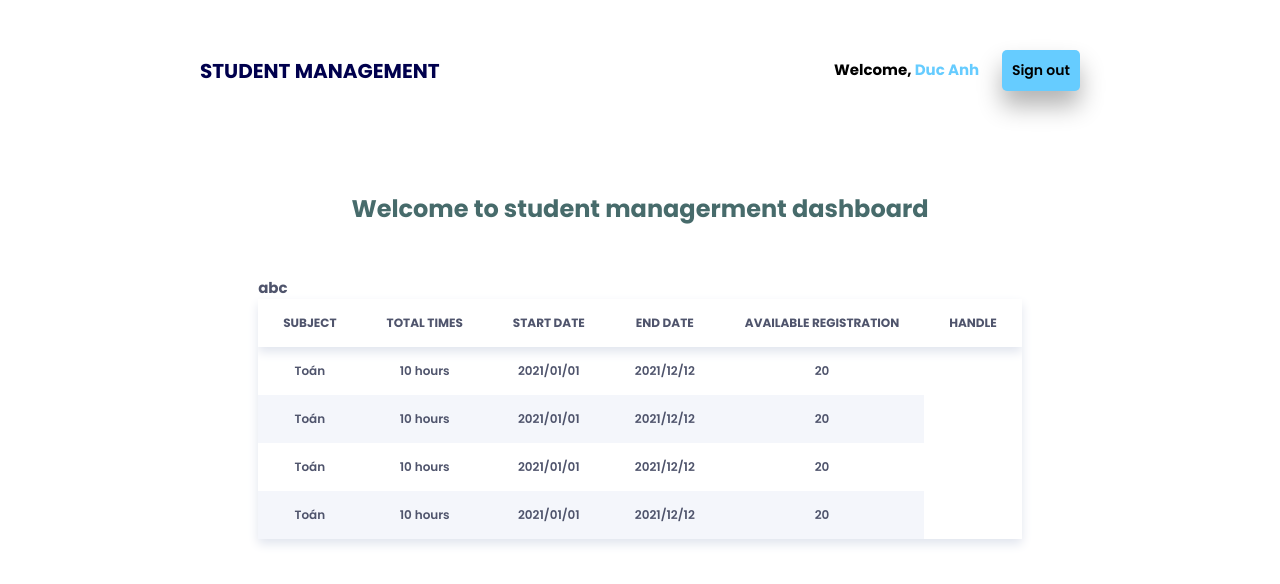
Repository: lenhandat/studentManagement
Page: front-end/fontpart3/Student_Management/user/homeUser.html
The author's editor kept a copy of each file at every save. The page is drawn from the files as they stood at one save, then again after the next save.
The browser window is 1280 px wide. The pictures show the whole page.
Some icons come from a web library that is not loaded, so they are not drawn.

Above is the page before, as saved 2021-08-27 23:55:10.

### front-end/fontpart3/Student_Management/user/homeUser.html
<!DOCTYPE html>
<html lang="en">
<head>
    <meta charset="UTF-8">
    <meta http-equiv="X-UA-Compatible" content="IE=edge">
    <meta name="viewport" content="width=device-width, initial-scale=1.0">
    <link rel="preconnect" href="https://fonts.googleapis.com">
    <link rel="preconnect" href="https://fonts.gstatic.com" crossorigin>
    <link href="https://fonts.googleapis.com/css2?family=Poppins:wght@300;400;500;600;700&display=swap" rel="stylesheet">
    <link rel="stylesheet" href="../assets/css/reset.css">
    <link rel="stylesheet" href="../assets/css/homeUser.css">
    <title>Home</title>
</head>
<body>
    <header class="header">
        <h1 class="header__title">Student Management</h1>
        <div class="header__right">
            <h2 class="header__text">Welcome, <a href="#">Duc Anh</a></h2>
            <a href="#" class="header__right--element header__register">
                Sign out
                <i class="fas fa-sign-out-alt"></i>
            </a>
        </div>
    </header>
    <main>
        <h1 class = "title">Welcome to student managerment dashboard</h1>
        <section class="table__student">
            <div class="side-bar-tab">
                <h1>abc</h1>
            </div>
            <table class="table__content">
                <thead>
                    <tr>
                        <th>Subject</th>
                        <th>Total Times</th>
                        <th>Start Date</th>
                        <th>End Date</th>
                        <th>Available Registration</th>
                        <th>Handle</th>
                    </tr>
                </thead>
                <tbody>
                    <tr>
                        <td>Toán</td>
                        <td>10 hours</td>
                        <td>2021/01/01</td>
                        <td>2021/12/12</td>
                        <td>20</td>
                    </tr>
                    <tr>
                        <td>Toán</td>
                        <td>10 hours</td>
                        <td>2021/01/01</td>
                        <td>2021/12/12</td>
                        <td>20</td>
                    </tr>
                    <tr>
                        <td>Toán</td>
                        <td>10 hours</td>
                        <td>2021/01/01</td>
                        <td>2021/12/12</td>
                        <td>20</td>
                    </tr>
                    <tr>
                        <td>Toán</td>
                        <td>10 hours</td>
                        <td>2021/01/01</td>
                        <td>2021/12/12</td>
                        <td>20</td>
                    </tr>
                </tbody>
            </table>
        </section>
    </main>
    <script src="../assets/fontAwesome/all.min.js"></script>
</body>
</html>

### front-end/fontpart3/Student_Management/assets/css/reset.css
*{
    margin: 0;
    padding: 0;
    box-sizing: border-box;
}

html{
    font-size: 62.5%;
    font-family: 'Poppins', sans-serif;
}

### front-end/fontpart3/Student_Management/assets/css/homeUser.css
.header{
    padding: 5rem 20rem;
    display: flex;
    flex-direction: row;
    align-items: center;
    justify-content: space-between;
}

.header__title{
    font-size: 2rem;
    text-transform: uppercase;
    color: #00004d;
}

.header__text{
    display: inline-block;
    margin-right: 2rem;
}

.header__text a{
    color: #66ccff;
    text-decoration: none;
}

.header__right--element{
    display: inline-block;
    padding: 1rem;
    color: #000;
    text-decoration: none;
    font-size: 1.4rem;
    font-weight: 600;
    background-color: #66ccff;
    border-radius: 5px;
    box-shadow: 0 1.5rem 2.5rem rgba(0,0,0, 0.3);
    transition: all .2s;
}

.header__right--element:not(:last-child) {
    margin-right: 2rem;
}

.header__right--element:hover{
    transform: translateY(-2px);
    background-color: #2b70f2;
    color: #fff;
}
.header__right--element:active{
    transform: translateY(0);
    box-shadow: 0 1rem 2rem rgba(0,0,0, 0.2);
}

.table__student{
    margin-top: 5rem;
    display: grid;
    justify-content: center;
    align-items: center;
    color: #4f546c;
    /* background-color: #f4f6fb; */

}


.title{
    padding-top: 5rem;
    text-align: center;
    font-size: 2.4rem;
    color: #476b6b;
}

.table__content{
    padding: 5rem 20rem;
    border-collapse: collapse;
    box-shadow: 0 0.5rem 1rem #e1e5ee;
    background-color: #fff;
    text-align: center;
    overflow: hidden;
}

.table__content thead{
    box-shadow: 0 0.5rem 1rem #e1e5ee;
}

.table__content th{
    padding: 1.5rem 2.5rem;
    text-transform: uppercase;
    font-size: 1.2rem;
    font-weight: 700;
}

.table__content td{
    padding: 1.5rem 2.5rem;
    font-size: 1.2rem;
    font-weight: 600;
}

.table__content tr:nth-child(even){
    background-color:  #f4f6fb;
}

After the next save:
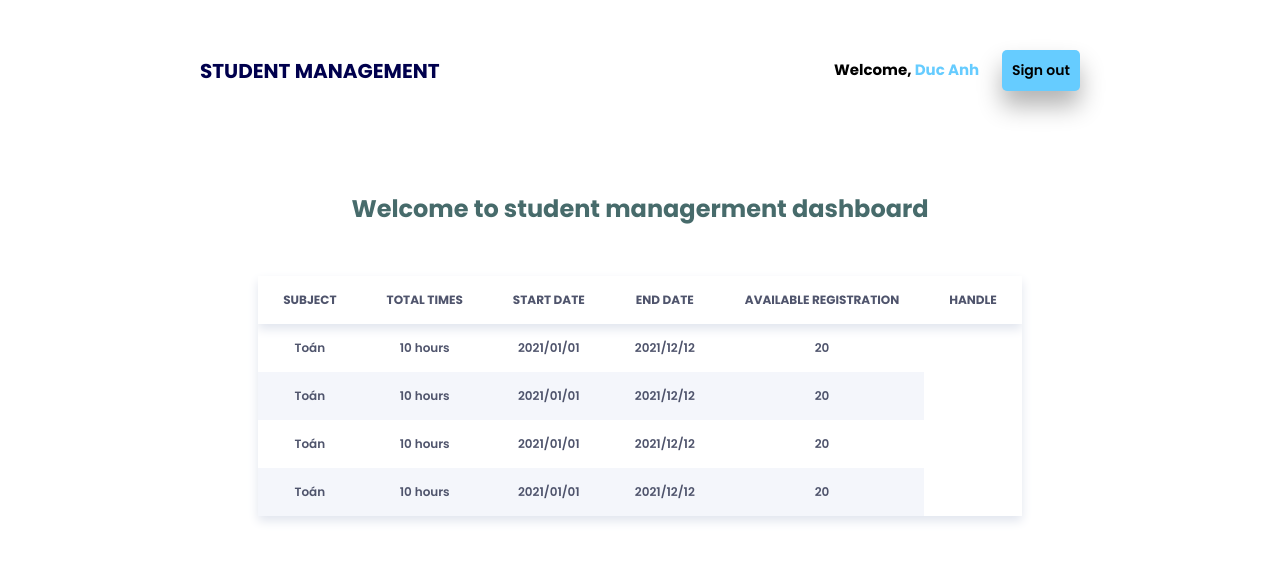
Saved 7 s later.
--- a/front-end/fontpart3/Student_Management/user/homeUser.html
+++ b/front-end/fontpart3/Student_Management/user/homeUser.html
@@ -25,9 +25,7 @@
     <main>
         <h1 class = "title">Welcome to student managerment dashboard</h1>
         <section class="table__student">
-            <div class="side-bar-tab">
-                <h1>abc</h1>
-            </div>
+
             <table class="table__content">
                 <thead>
                     <tr>
